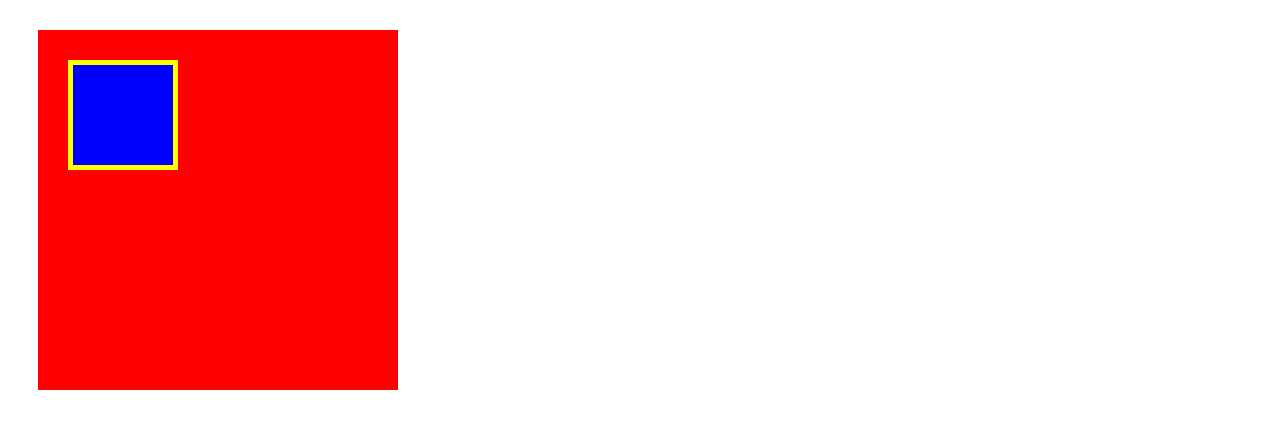
Repository: nosuyuki1002/git-practice2
Page: box/box.html
The author's editor kept a record of every edit. The page is drawn from the files as they stood at one moment, then again after the next edit.
The browser window is 1280 px wide. The pictures show the whole page.

Above is the page before.

### box/box.html
<!DECOTYPE html>
<html lang="ja">
  <head>
    <meta charset="UTF-8" />
    <link rel="stylesheet" href="box.css" />
    <title>BOX</title>
  </head>

  <body>
    <div class="box1">

     <div class="box2"></div>
    </div>
  </body>
</html>

### box/box.css
.box1 {
  width: 300px;
  height: 300px;
  background-color: #FF0000;
  margin: 30px;
  padding: 30px;
}
.box2 {
  width: 100px;
  height: 100px;
  background-color: blue;
  border: 5px solid yellow;
}

After the next edit:
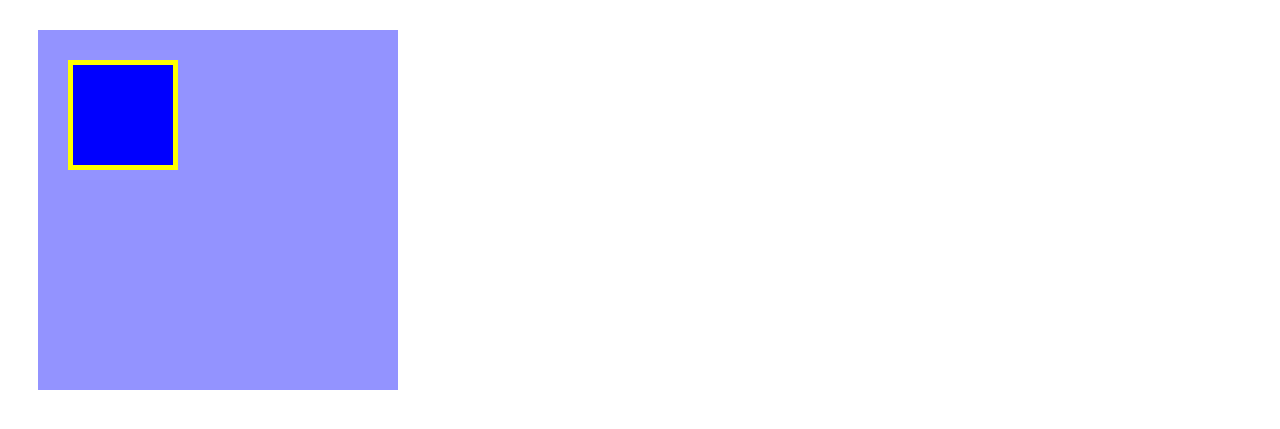
The edit:
--- a/box/box.css
+++ b/box/box.css
@@ -1,7 +1,7 @@
 .box1 {
   width: 300px;
   height: 300px;
-  background-color: #FF0000;
+  background-color: #9393ff;
   margin: 30px;
   padding: 30px;
 }
